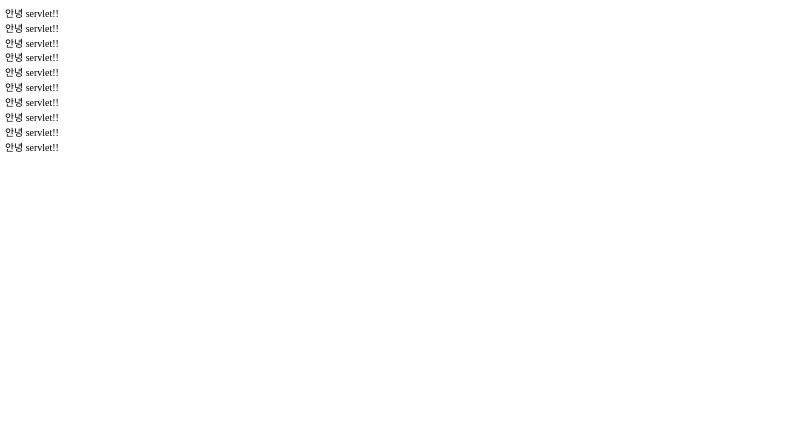
Repository: Doyoung-Park/JSP_Servlet
Page: http://localhost/JSPPrj/nana.jsp
The author's editor kept a copy of each file at every save. The page is drawn from the files as they stood at one save, then again after the next save.
The browser window is 1280 px wide. The pictures show the whole page, at 62% of full size.
The page is served by Tomcat 9. Nobody is signed in. The application's start-up code is not run. Other server files are loaded and not shown.

Above is the page before, as saved 2022-01-20 14:46:03.

### workspace/JSPPrj/src/main/webapp/nana.jsp
<%@ page language="java" contentType="text/html; charset=UTF-8"
    pageEncoding="UTF-8"%>
<!DOCTYPE html>
<html>
<head>
<meta charset="UTF-8">
<title>Insert title here</title>
</head>
<body>
	<% for(int i=0; i<10;i++){ %>
	안녕 servlet!!<br>
	<%} %>
</body>
</html>

After the next save:
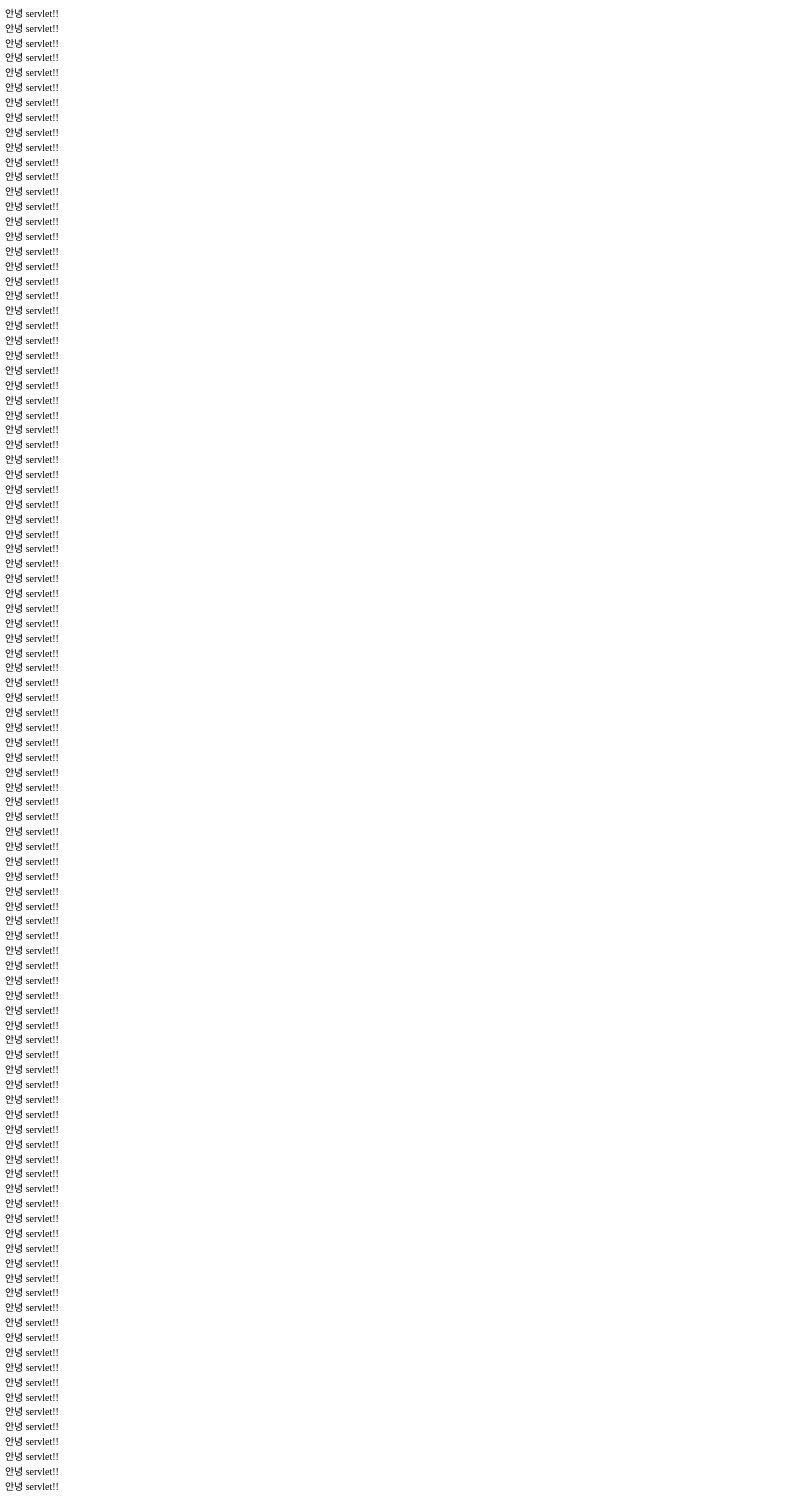
Saved 3 min 14 s later.
--- a/workspace/JSPPrj/src/main/webapp/nana.jsp
+++ b/workspace/JSPPrj/src/main/webapp/nana.jsp
@@ -1,5 +1,17 @@
 <%@ page language="java" contentType="text/html; charset=UTF-8"
     pageEncoding="UTF-8"%>
+    <%
+
+//	int cnt=Integer.parseInt(request.getParameter("cnt"));
+	// request.Parameter() : 사용자로부터 값을 입력받음 (문자열) -->정수형태로 바꿔주는 것이
+	// Integer.parseInt()
+	String cnt_=request.getParameter("cnt");	// 임시변수에 받음
+	int cnt=100;		// 기본값
+
+	if(cnt_!=null && !cnt_.equals(""))
+		cnt=Integer.parseInt(cnt_);
+
+    %>
 <!DOCTYPE html>
 <html>
 <head>
@@ -7,7 +19,7 @@
 <title>Insert title here</title>
 </head>
 <body>
-	<% for(int i=0; i<10;i++){ %>
+	<% for(int i=0; i<cnt;i++){ %>
 	안녕 servlet!!<br>
 	<%} %>
 </body>
